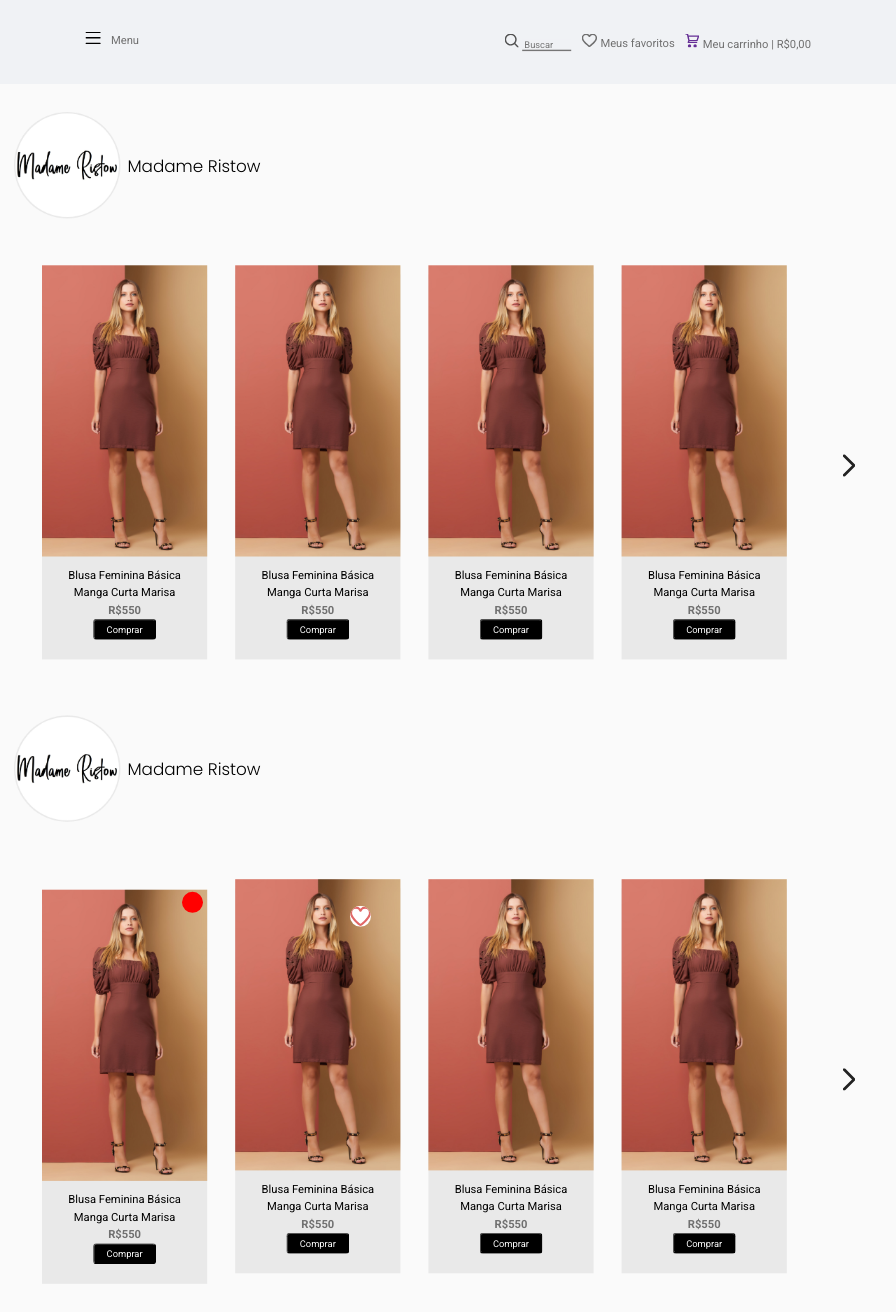
Repository: gutobarbosa/FrontEndLojaVirtual
Page: /
The author's editor kept a copy of each file at every save. The page is drawn from the files as they stood at one save, then again after the next save.
The browser window is 1280 px wide. The pictures show the whole page, at 70% of full size.
The project was rebuilt for these pictures with package versions that can differ from the ones it lists, and the page was loaded fresh each time. Also part of the build but not shown: src/pages/Repository/styles.ts, src/services/api.ts, src/pages/Repository/index.tsx.

Above is the page before, as saved 2020-11-22 00:02:18.

### public/index.html
<!DOCTYPE html>
<html lang="en">
  <head>
    <meta charset="utf-8" />
    <meta name="viewport" content="width=device-width, initial-scale=1" />
    <meta name="theme-color" content="#000000" />

    <title></title>
    <link href="https://fonts.googleapis.com/css2?family=Roboto:wght@400;700&display=swap" rel="stylesheet">
    <link rel="preconnect" href="https://fonts.gstatic.com">
    <link rel="preconnect" href="https://fonts.gstatic.com">
<link href="https://fonts.googleapis.com/css2?family=Poppins:ital,wght@0,300;0,400;1,200&display=swap" rel="stylesheet">
</head>
  <body>
    <noscript>You need to enable JavaScript to run this app.</noscript>
    <div id="root"></div>

  </body>
</html>

### src/App.tsx
import React from 'react';
import { BrowserRouter as Router } from 'react-router-dom';

import Routes from './routes';

import GlobalStyle from '../src/styles/global';

const App: React.FC = () => (
  <>
    <GlobalStyle />
    <Router>
      <Routes />
    </Router>
  </>
);

export default App;

### src/routes/index.tsx
import React from 'react';
import {Switch, Route} from 'react-router-dom';

import Dashboard from '../pages/Dashboard';
import Repository from '../pages/Repository';

// rota da url, nesse caso a nossa rota atual é a raiz então vai apenas a / e o componente é que sera acessado através desse endereço url
const Routes: React.FC = () =>{
    return (
        <Switch>
            <Route path="/" exact component={Dashboard} />
            <Route path="/repositories/:repository+" component={Repository} />
        </Switch>
    );
}

export default Routes;

### src/styles/global.ts
import { createGlobalStyle } from 'styled-components';

export default createGlobalStyle`
  * {
    margin: 0;
    padding: 0;
    outline: 0;
    box-sizing: border-box;
  }

  body {
    background: #FAFAFA ;
    -webkit-font-smoothing: antialiased

  }

  body, input, button {
    font-family: 'Roboto', sans-serif;
    max-width: 1500vw;
  }

  button {
    cursor: pointer;
  }
`;

### src/pages/Dashboard/index.tsx
/* eslint-disable no-undef */

import React from "react";
import { Container, ContainerProducts } from "./styles";
import lefticon from '../../assets/avatar 152 x 152px.png';
import productimage from '../../assets/image-product.png';
import arrownext from '../../assets/arrowNext.svg';
import iconheart from '../../assets/iconHeart.svg';

import Header from '../../components/Header';

//import { Container, CardContainer, Card, TableContainer } from './styles';

const Dashboard: React.FC = () => {

  return (
    <>
    <Header/>
    <Container>
    <img src={lefticon} alt="Hamburguer" />
    <h3>Madame Ristow</h3>
    </Container>
    <ContainerProducts>
        <div className="productBox">
            <div className="productImage">
            <img src={productimage} alt="Product" />
            </div>
            <div className="productinformation">
            <p>Blusa Feminina Básica Manga Curta Marisa<br/></p>
                <p className ="bold">R$550 <br/></p>
                <div className="buttonBuy">
                    <button>Comprar</button>
                </div>
            </div>
        </div>
        <div className="productBox">
            <div className="productImage">
            <img src={productimage} alt="Product" />
            </div>
            <div className="productinformation">
            <p>Blusa Feminina Básica Manga Curta Marisa<br/></p>
                <p className ="bold">R$550 <br/></p>
                <div className="buttonBuy">
                    <button>Comprar</button>
                </div>
            </div>
        </div>
        <div className="productBox">
            <div className="productImage">
            <img src={productimage} alt="Product" />
            </div>
            <div className="productinformation">
            <p>Blusa Feminina Básica Manga Curta Marisa<br/></p>
                <p className ="bold">R$550 <br/></p>
                <div className="buttonBuy">
                    <button>Comprar</button>
                </div>
            </div>
        </div>
        <div className="productBox">
            <div className="productImage">
            <div>
            <img src={productimage} alt="Product" />
            </div>

            </div>
            <div className="productinformation">
                <p>Blusa Feminina Básica Manga Curta Marisa<br/></p>
                <p className ="bold">R$550 <br/></p>
                <div className="buttonBuy">
                    <button>Comprar</button>
                </div>
            </div>
        </div>
        <div className="arrowNext">
            <img src={arrownext} alt="arrownext" />
        </div>
    </ContainerProducts>

    <Container>
    <img src={lefticon} alt="Hamburguer" />
    <h3>Madame Ristow</h3>
    </Container>
    <ContainerProducts>
        <div className="containerBox">
            <div className="heart">
             <img src={iconheart} alt="Product" />
            </div>
        <div className="productBox">
            <div className="productImage">
            <img src={productimage} alt="Product" />
            </div>
            <div className="productinformation">
            <p>Blusa Feminina Básica Manga Curta Marisa<br/></p>
                <p className ="bold">R$550 <br/></p>
                <div className="buttonBuy">
                    <button>Comprar</button>
                </div>
            </div>
        </div>
        </div>
        <div className="productBox">
            <div className="productImage">
            <img src={productimage} alt="Product" />
            </div>
            <div className="productinformation">
            <p>Blusa Feminina Básica Manga Curta Marisa<br/></p>
                <p className ="bold">R$550 <br/></p>
                <div className="buttonBuy">
                    <button>Comprar</button>
                </div>
            </div>
        </div>
        <div className="productBox">
            <div className="productImage">
            <img src={productimage} alt="Product" />
            </div>
            <div className="productinformation">
            <p>Blusa Feminina Básica Manga Curta Marisa<br/></p>
                <p className ="bold">R$550 <br/></p>
                <div className="buttonBuy">
                    <button>Comprar</button>
                </div>
            </div>
        </div>
        <div className="productBox">
            <div className="productImage">
            <div>
            <img src={productimage} alt="Product" />
            </div>

            </div>
            <div className="productinformation">
                <p>Blusa Feminina Básica Manga Curta Marisa<br/></p>
                <p className ="bold">R$550 <br/></p>
                <div className="buttonBuy">
                    <button>Comprar</button>
                </div>
            </div>
        </div>
        <div className="arrowNext">
            <img src={arrownext} alt="arrownext" />
        </div>
    </ContainerProducts>
    </>
  );
};

export default Dashboard;

### src/pages/Dashboard/styles.ts
import styled from 'styled-components';
/*
interface CardProps {
  total?: boolean;
}*/

export const Container = styled.div`
  width: 100%;
  max-width: 1600px;
  margin: 0 auto;
  padding: 40px 20px;
  display: flex;
  align-items: center;


    img {
        justify-content: flex-start;
    }

    h3 {
        color: black;
        margin-left: 10px;
        font-family: 'Poppins', sans-serif;
        font-size: 24px;
        font-weight: 300;
    }
`;
export const ContainerProducts = styled.div`
width: 100%;
max-width: 1600px;
margin: 0 auto;
padding: 40px 20px;
display: flex;
align-items: center;

    .heart {
        width: 30px;
        height: 30px;
        background-color: red;
        border-radius: 15px;
        position: relative;
        right: -240px;
        top: 20px;
    }
    .heart img {
        position: relative;
        right: -240px;
        top: 20px;
        width: 30px;
        height: 30px;
        background-color: white;
        border-radius: 15px;
    }
    .productBox {
        width: 236px;
        height: 550px;
        margin-left: 40px;
        background: #E9E9E9;
    }
    .productinformation {
        max-width: 250px;
        max-height: 150px;
    }
    .productImage{
        max-width: 236px;
        max-height: 416px;
    }
    .productImage img {
        width: 100%;
        height: 416px;
        margin-top: -13px;
    }

    .arrowNext {
        margin-left: 80px;
    }
    .productinformation{
        width: 200px;
        size: 20px;
        justify-content: center;
        margin: 0 auto;
        margin-top: 10px;
    }
    .productinformation p{
        text-align: center;
        line-height: 25px;
    }
    .buttonBuy {
        width: 100%;
        margin: 0 auto;
        text-align: center;
    }
    .productinformation button{
        background: black;
        color: white;
        width: 90px;
        height: 30px;
        border-radius: 5px;
        cursor: pointer;
    }

    .bold{
        color: #707070;
        font-weight: bold;
    }


`;

### src/components/Header/index.tsx
import React from 'react';

//import { Link } from 'react-router-dom';
import hamburguerBars from '../../assets/hamburguer.svg';
import searchicon from '../../assets/searchIcon.svg';
import favoriteicon from '../../assets/favoriteIcon.svg';
import mycaricon from '../../assets/mycarIcon.svg'
import { Container, ContainerHeader, ContentLeft, ContentRight } from '../Header/styles';




const Header: React.FC = () => (
  <Container>
    <ContainerHeader>
    <header>
      <ContentLeft>
        <div className="menuTotal">
          <img src={hamburguerBars} alt="Hamburguer" />
          <span className="menu">Menu</span>
        </div>
      </ContentLeft>
      <ContentRight>
        <div className="searchTotal">
          <img src={searchicon} alt="Hamburguer" />
          <input placeholder=" Buscar" type="text"/>
        </div>
        <div className="favoritesTotal">
          <img src={favoriteicon} alt="Favorite" />
          <span>Meus favoritos</span>
        </div>
        <div className="MycarTotal">
          <img src={mycaricon} alt="Mycar" />
          <span>Meu carrinho | R$0,00</span>
        </div>
      </ContentRight>
    </header>
    </ContainerHeader>
  </Container>
);

export default Header;

### src/components/Header/styles.ts
import styled from 'styled-components';
/*
interface ContainerProps {
  size?: 'small' | 'large';
}*/

export const Container = styled.div`
  background: #F0F2F5;
  padding: 30px;
  width: 100%;

  header {
    height: 60px;
    margin: 0 auto;
    display: flex;
    align-items: center;
    justify-content: space-between;
  }

  span {
    color: #707070;
    text-align: left;
    opacity: 1;
    margin-left: 25px;
    cursor: pointer;
  }
  .menu{
    margin-left: 10px;

  }
  input {
    border-left: 0px solid black;
    border-right: 0px solid black;
    border-top: 0px solid black;
    width: 70px;
    background: #F0F2F5;
  }

   img {
    margin-right: 5px;
   }

   .menuTotal{
     width:100px;
     height:30px;
     cursor:pointer;
   }

   .menuTotal:hover{
    opacity: 0.5;
  }
`;

export const ContainerHeader = styled.div`
width: 85%;
margin: 0 auto;
`;


export const ContentLeft = styled.div`

`;

export const ContentRight = styled.div`
  display: flex;
  margin-left: 20px;
  .favoritesTotal img {
        margin-right: -20px;
        margin-left: 15px
    }

    .favoritesTotal:hover{
        cursor:pointer;
        opacity: 0.7;
    }

    .MycarTotal img {
        margin-right: -20px;
        margin-left: 15px
    }

    .MycarTotal:hover{
        cursor:pointer;
        opacity: 0.7;
    }


`;

Loaded but not shown: src/index.tsx (common file)

After the next save:
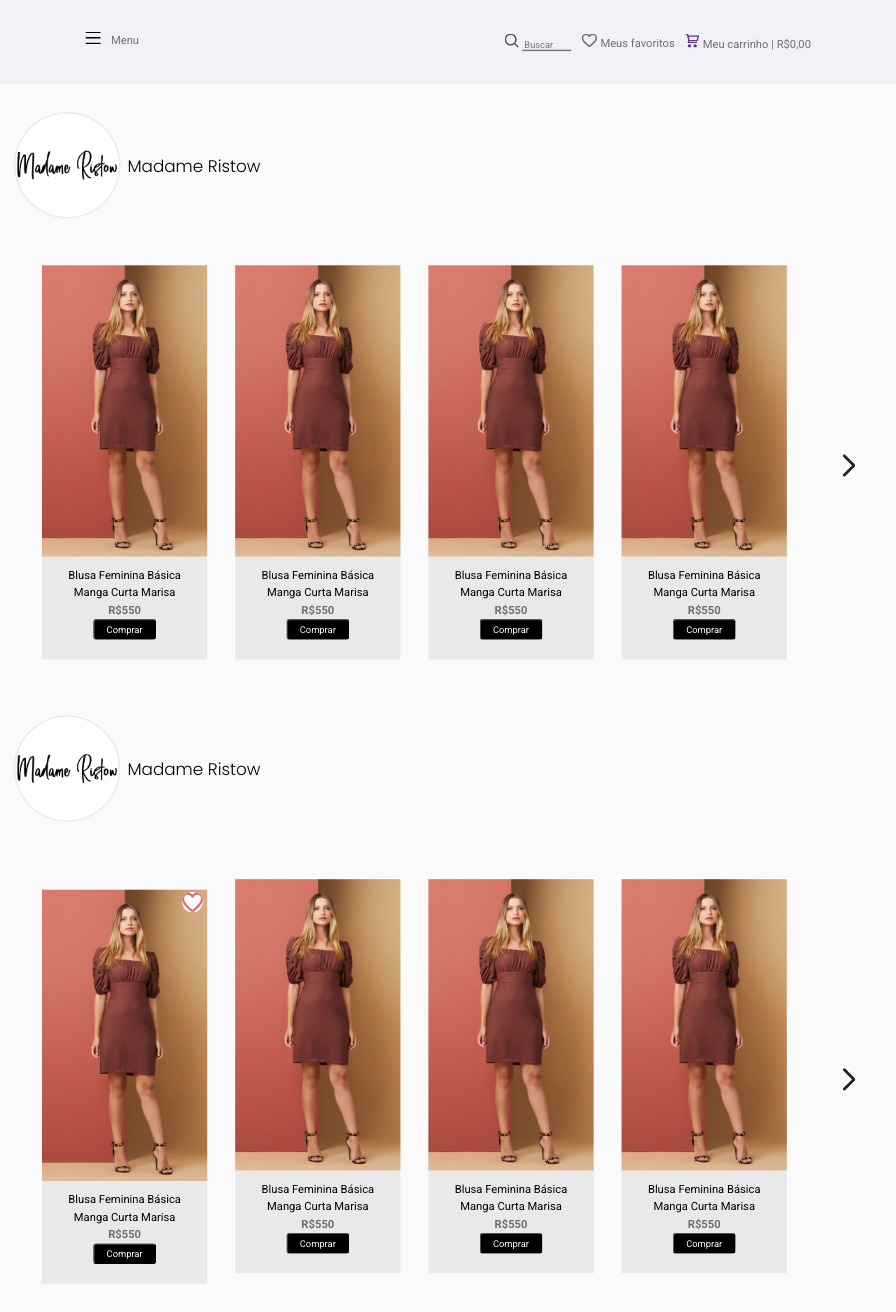
Saved 8 s later.
--- a/src/pages/Dashboard/styles.ts
+++ b/src/pages/Dashboard/styles.ts
@@ -43,9 +43,7 @@
         top: 20px;
     }
     .heart img {
-        position: relative;
-        right: -240px;
-        top: 20px;
+
         width: 30px;
         height: 30px;
         background-color: white;
